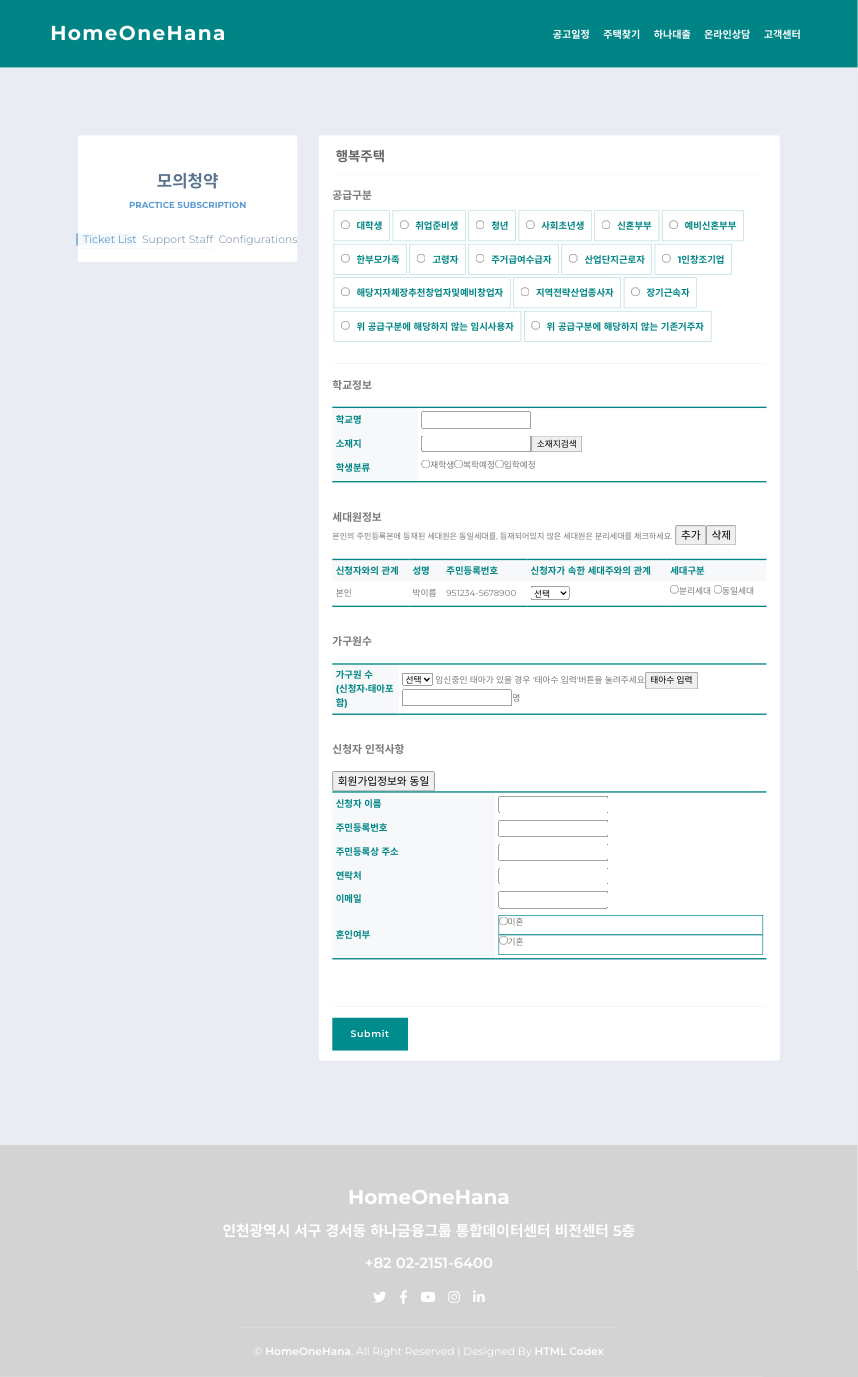
Repository: koposoftware/2021_10_syyoon
Page: http://localhost/HomeOneHana/WEB-INF/jsp/subscription/subscription.jsp
The author's editor kept a copy of each file at every save. The page is drawn from the files as they stood at one save, then again after the next save.
The browser window is 1280 px wide. The pictures show the whole page, at 67% of full size.
Some icons come from a web library that is not loaded, so they are not drawn. Some web libraries are served in a nearby version. The page is served by Tomcat 9. Nobody is signed in. The template is opened directly, without the code that normally fills it, so the values that code supplies are empty.

Above is the page before, as saved 2021-09-15 00:10:03.

After the next save:
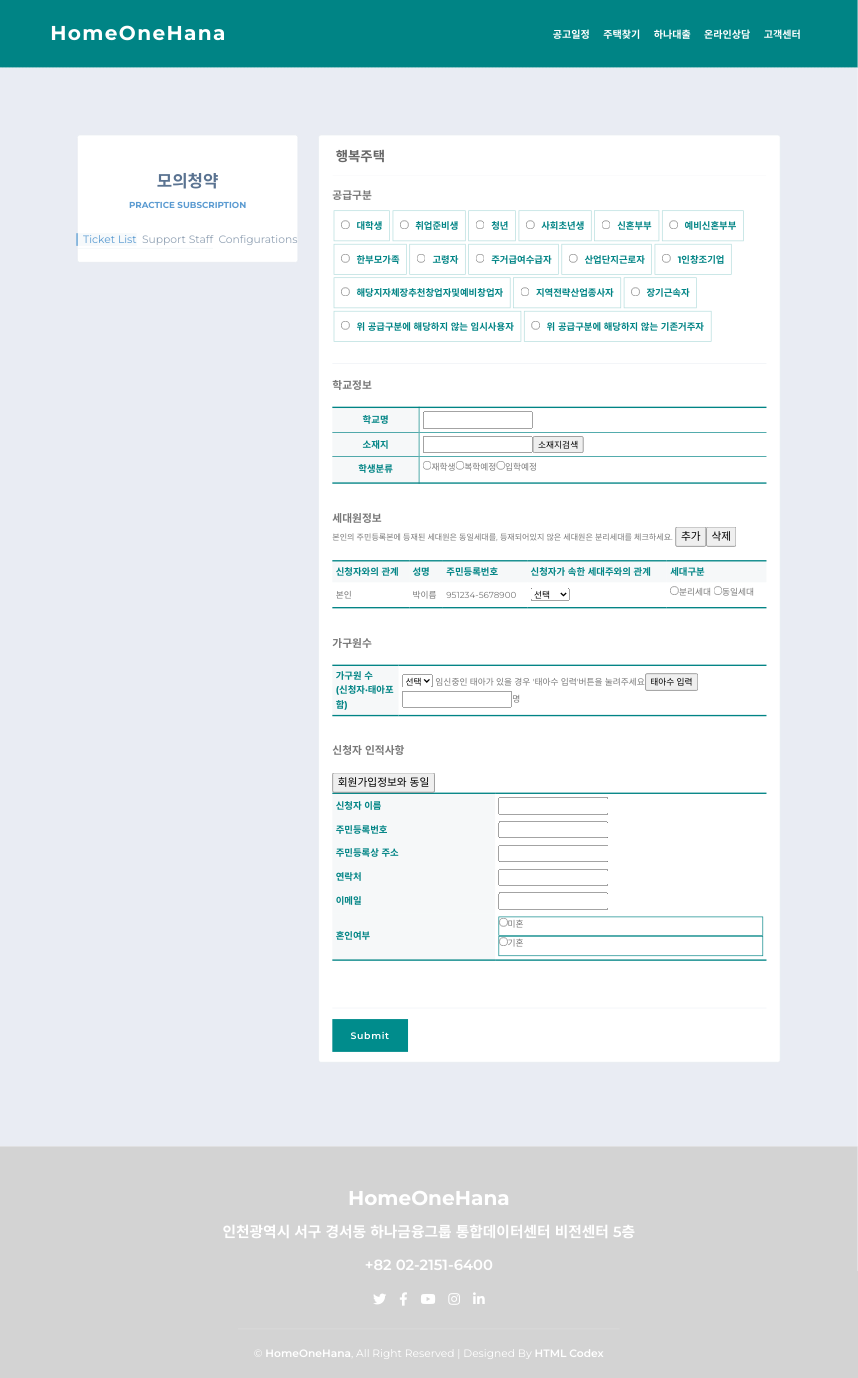
Saved 48 s later.
--- a/project/Spring-mvc/HomeOneHana/src/main/webapp/WEB-INF/jsp/subscription/subscription.jsp
+++ b/project/Spring-mvc/HomeOneHana/src/main/webapp/WEB-INF/jsp/subscription/subscription.jsp
@@ -96,7 +96,7 @@
 			                                			<div class="detailtitle">
 			                                				<div class="ititle">학교정보</div>
 			                                			</div>
-				                                		<table class="detailinfotbl">
+				                                		<table class="detailinfotbl" id="schooltbl">
 				                                			<tr>
 				                                				<th><div class="icontent">학교명</div></th>
 				                                				<td><input type="text" name="schoolname"></td>
